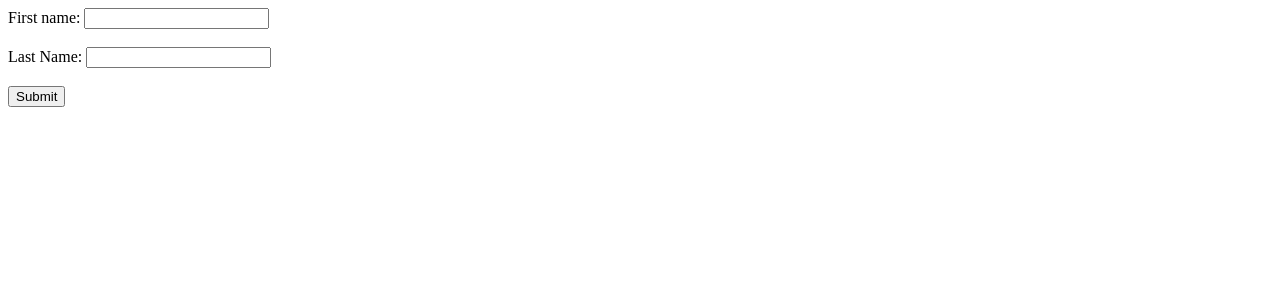
Repository: AbhilashZemoso/SpringLDP
Page: http://localhost/spring-mvc-demo/student/showForm
These files come from the project's save history. The page is drawn as it stood at one moment and after the next save; the edit follows.
The browser window is 1280 px wide. The pictures show the whole page.
The page is served by Tomcat 9.

Above is the page before, as saved 2020-10-29 07:16:22.

After the next save:
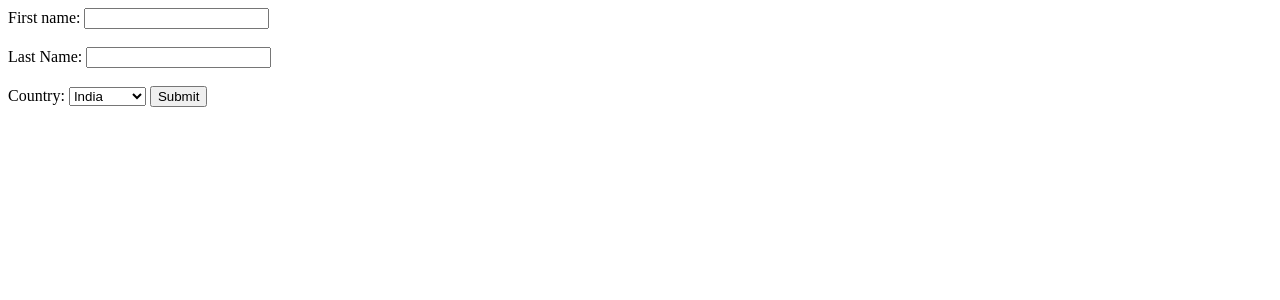
Saved 2 s later.
--- a/spring-mvc-demo/WebContent/WEB-INF/view/student-form.jsp
+++ b/spring-mvc-demo/WebContent/WEB-INF/view/student-form.jsp
@@ -17,7 +17,19 @@
 
 		<br><br>
 
+		Country:
+		<form:select path="Country">
+			<form:option value="India" label="India"/>
+			<form:option value="France" label="France"/>
+			<form:option value="Germany" label="Germany"/>
+			<form:option value="Brazil" label="Brazil"/>
+		</form:select>
+
 		<input type="submit" value="Submit"/>
+
+		<br>
+
+
 
 	</form:form>
 
